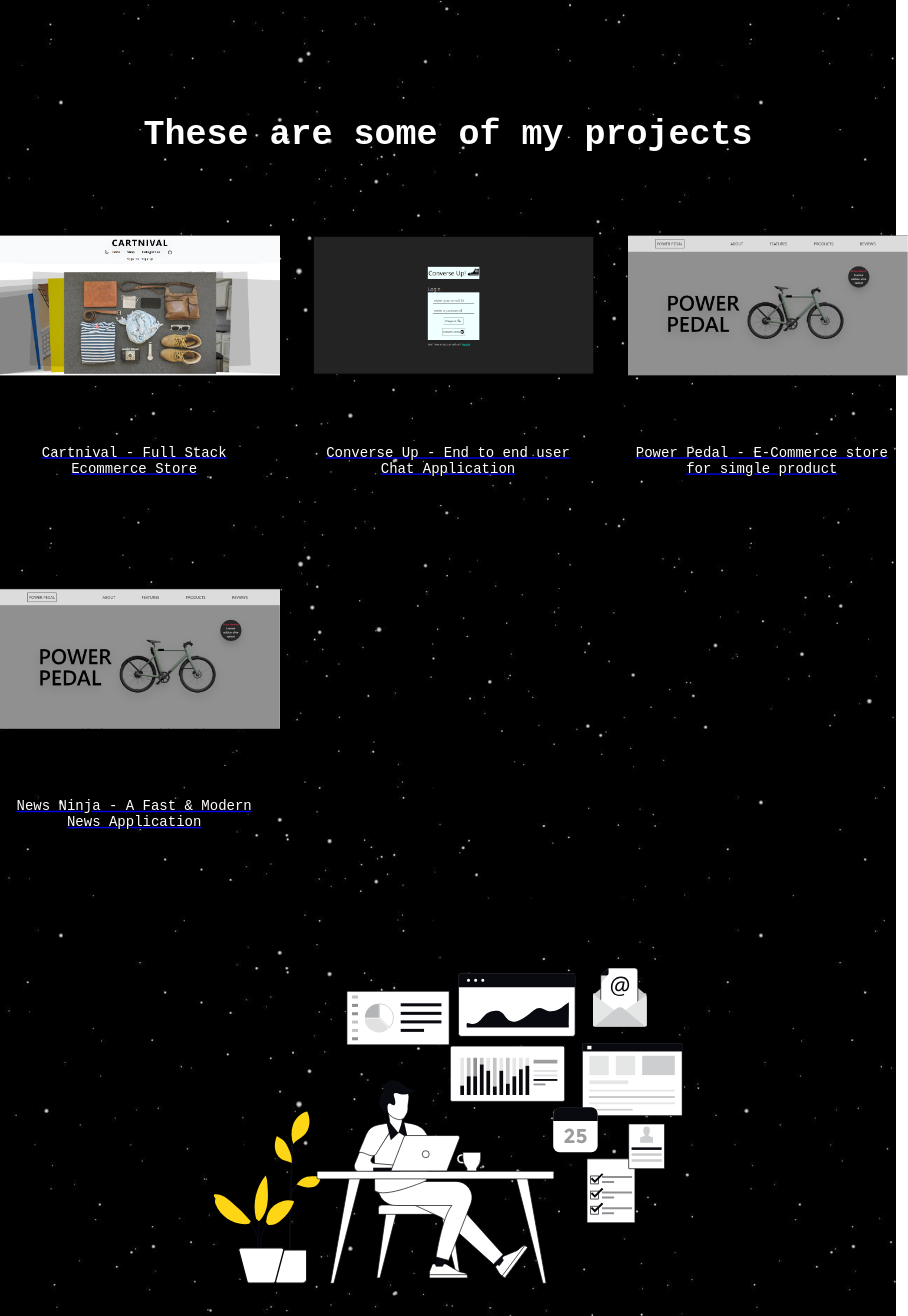
Repository: punitbathija/portfolio
Page: index.html
The author's editor kept a copy of each file at every save. The page is drawn from the files as they stood at one save, then again after the next save.
The browser window is 1280 px wide. The page is 1297 px wide, so the pictures cover 1297 px, including what lies to the right of the window. The pictures show the part of the page from y = 626 to 2506 px (the page is 3209 px tall), at 70% of full size.
Some web libraries are served in a nearby version.

Above is the page before, as saved 2023-05-09 17:52:31.

### index.html
<!DOCTYPE html>
<html lang="en">
<head>
    <meta charset="UTF-8">
    <meta http-equiv="X-UA-Compatible" content="IE=edge">
    <meta name="viewport" content="width=device-width, initial-scale=1.0">
    <title>Portfolio</title>
    <link rel="stylesheet" href="style.css">
    <link rel="stylesheet" href="https://use.fontawesome.com/releases/v5.8.2/css/all.css" integrity="sha384-oS3vJWv+0UjzBfQzYUhtDYW+Pj2yciDJxpsK1OYPAYjqT085Qq/1cq5FLXAZQ7Ay" crossorigin="anonymous">
    <link href="https://fonts.googleapis.com/css?family=Poppins:200i,300,400&amp;display=swap" rel="stylesheet">
</head>
<body>

<nav id="navbar">
        <ul id="navul">
            <li>
                <a href="#welcome-section" >About</a>
            </li>
            <li>
                <a href="#projects">Projects</a>
            </li>
            <li>
                <a href="#contact">Connect</a>
            </li>
        </ul>
    </nav>
    <section id="welcome-section">
        <div class="divide">
        <img src="./assets/design.gif" alt=""  class="dev">
        <h1>Hi,<br>
            I'm <span class="p">P</span>unit</h1>
    </div>
        <div class="hero">
        <img src="./assets/reshot-icon-code-X9J28UENTL.svg" alt="" class="code">
        <p id="ab"> A front-end developer</p>
        </div>
        <p class="fact" id="fact">⚡Amazing Fact my first words were <span class="cyan">" <button class="tap" id="reveal"></span>Tap to reveal</button> "</p>
    </section>
    <section id="projects">
        <h2 id="projects-header">These are some of my projects</h2>
        <div id="project-grid">
            <a href="https://cartnival.netlify.app/" target="_blank" class="project-tile">
                <img class="project-image" src="./assets/cartnival.png" alt="project">
             <p class="project-title">
                Cartnival - Full Stack Ecommerce Store</p>
            </a>
            <a href="https://converseup.netlify.app/" target="_blank" class="project-tile">
                <img class="project-image" src="./assets/Coverse Uo.png" alt="project">
             <p class="project-title">
                Converse Up - End to end user Chat Application</p>
            </a>
            <a href="https://power-pedal.vercel.app/" target="_blank" class="project-tile">
                <img class="project-image" src="./assets/powerpedal.png" alt="project">
             <p class="project-title">
                Power Pedal - E-Commerce store for simgle product</p>
            </a>

            <a href="https://news-ninja.vercel.app/" target="_blank" class="project-tile">
                <img class="project-image" src="./assets/powerpedal.png" alt="project">
             <p class="project-title">
                News Ninja - A Fast & Modern News Application</p>
            </a>

       </div>
    </section>
<div class="animation">
<img src="./assets/hero.svg" alt="">
</div>
<section id="contact" class="contact-section">
    <h1 id="con">Let's Work together...</h1>
    <p id="tagl">how do you take your coffee?</p>
    <img src="./assets/reshot-icon-plastic-coffee-cup-FBSWJ874DV.svg" alt="coffee" class="coffee">
    <div class="contact-link">
        <a href="https://github.com/punitbathija" target="_blank" class="btn-con-dtl" id="profile-link">
            <i class="fab fa-github"></i>
             GitHub
        </a>
        <a href="https://twitter.com/PunitBathija?t=qo0yAGF4x_bwsNcVdkM-gg&s=08" target="_blank" class="btn-con-dtl" id="profile-link">
            <i class="fab fa-twitter-square"></i>
             Twitter
        </a>
        <a href="https://twitter.com/PunitBathija?t=qo0yAGF4x_bwsNcVdkM-gg&s=08" target="_blank" class="btn-con-dtl" id="profile-link">
            <i class="fa-brands fa-linkedin-in"></i>
            Linked In
        </a>
        <a href="https://www.facebook.com/punit.bathija.1" target="_blank" class="btn-con-dtl" id="profile-link">
            <i class="fab fa-facebook-square"></i>
             Facebook
        </a>
        <a href="mailto: punitbathija@gmail.com" target="_blank" class="btn-con-dtl" id="profile-link">
            <i class="fas fa-at"></i>
             Send an email
        </a>
        <a href="tel: +91 8080110389" target="_blank" class="btn-con-dtl" id="profile-link">
            <i class="fas fa-mobile-alt"></i>
             Call us at
        </a>
    </div>
</section>
<script src="./index.js"></script>
</body>
</html>

### style.css
*{
    font-family: monospace;
}
body{
    margin: 0;
    padding: 0;
}#navbar
{

    display: flex;
    justify-content: flex-end;
    padding: 10px;
    position: fixed;
    height: 60px;
    top: 0;
    left: 0;
    width: 100%;
    background-color:#00af9c;
}
#navul
{
    display: flex;
}
li
{
    display: block;
    font-size: 26px;
    padding: 12px;
}
#navul a
{
    color: white;
    font-family: monospace;
    font-weight: bolder;
    text-decoration: none;
    font-size: 22px;
}

#navul a:hover
{
    color: white;
    font-family: monospace;
    font-weight: bolder;
    font-size: 22px;
    text-decoration: underline;
}

#welcome-section
{
    background-image: url(./assets/bg.jpg);
    display: flex;
    flex-direction: column;
    justify-content: center;
    align-items: center;
    width: 100%;
    height: 100vh;
}

.divide{
    display: flex;
    gap: 50px;
}

.hero{
    display: flex;
    justify-content: space-around;
    gap: 50px;
}
h1
{
    font-family: monospace;
    font-size: 85px;
    color: white;
    cursor:default;
}
h1:hover{
    text-decoration: underline;
    color: #00af9c;
}

.p{
    color: #00af9c;
}

.p:hover{
    color: white;
}
#ab
{

    font-family: monospace;
    font-size: 35px;
    color: #00af9c;
    cursor:default;
}

#ab:hover{
    text-decoration: underline;
    color: white;
}

#projects
{
    background-image: url(./assets/bg.jpg);
    display: flex;
    flex-direction: column;
    justify-content: center;
    align-items: center;
}
#projects-header
{
    font-family: monospace;
    font-size: 50px;
    color: white;
    margin-top: 70px;
    margin-bottom: 40px;
    text-decoration: none;
    list-style: none;
}
#project-grid
{
    display: grid;
    grid-template-columns: repeat(auto-fit, minmax(320px, 1fr));
    grid-gap: 5rem;
    width: 100%;
    max-width: 1280px;
    margin: 0 auto;
    margin-bottom: 6rem;
  }

.project-image

  {
    height: 350px;
    width: 400px;
    object-fit: contain;
    background: var(--main-blue);
    border-radius: 15px;
  }


.project-title
{
    font-family: monospace;
    color: white;
    font-size: 20px;
    text-align: center;
}
#contact
{
        display: flex;
        flex-direction: column;
        justify-content: center;
        align-items: center;
        text-align: center;
        width: 100%;
        height: 90vh;
    background-color: #090e11;

}
#con
{
    font-family: monospace;
    font-size: 55px;
    color: white;
}
#tagl
{
    font-family: monospace;
    font-size: 35px;
    color: #00af9c;

}
i
{
    font-size: large;
    color:white;
    padding: 25px;
}
#profile-link
{
    color:white;
    font-family: monospace;
    font-weight: bolder;
    font-size: 16px;
}

.code{
    width: 100px;

}

.coffee{
    height: 150px;
    width: 150px;
}

.animation{
    height: 90vh;
    background-image: url(./assets/bg.jpg);
    display: flex;
    justify-content: center;
    align-items: center;
    margin: auto;
}

.dev{
    width: 300px;
}

@media screen and (max-width:415px){
    .navulcd{
        display: flex;
        flex-direction: column;
    }
}
.fact{
    color: white;
    font-size: 25px;
    font-weight: bold;
    background-color: #090e11;
}

.cyan{
    color: #00af9c;
}

.tap{
    background-color: transparent;
    color:#00af9c;
    border: 1px solid white;
    font-size: 25px;
    background-color: #090e11;
}

### index.js
let reveal = document.getElementById("reveal");

reveal.addEventListener("click", function populateFact() {
  reveal.innerHTML = "Hello World";
  setInterval(() => {
    reveal.innerHTML = "Tap to reveal";
  }, 5000);
});

After the next save:
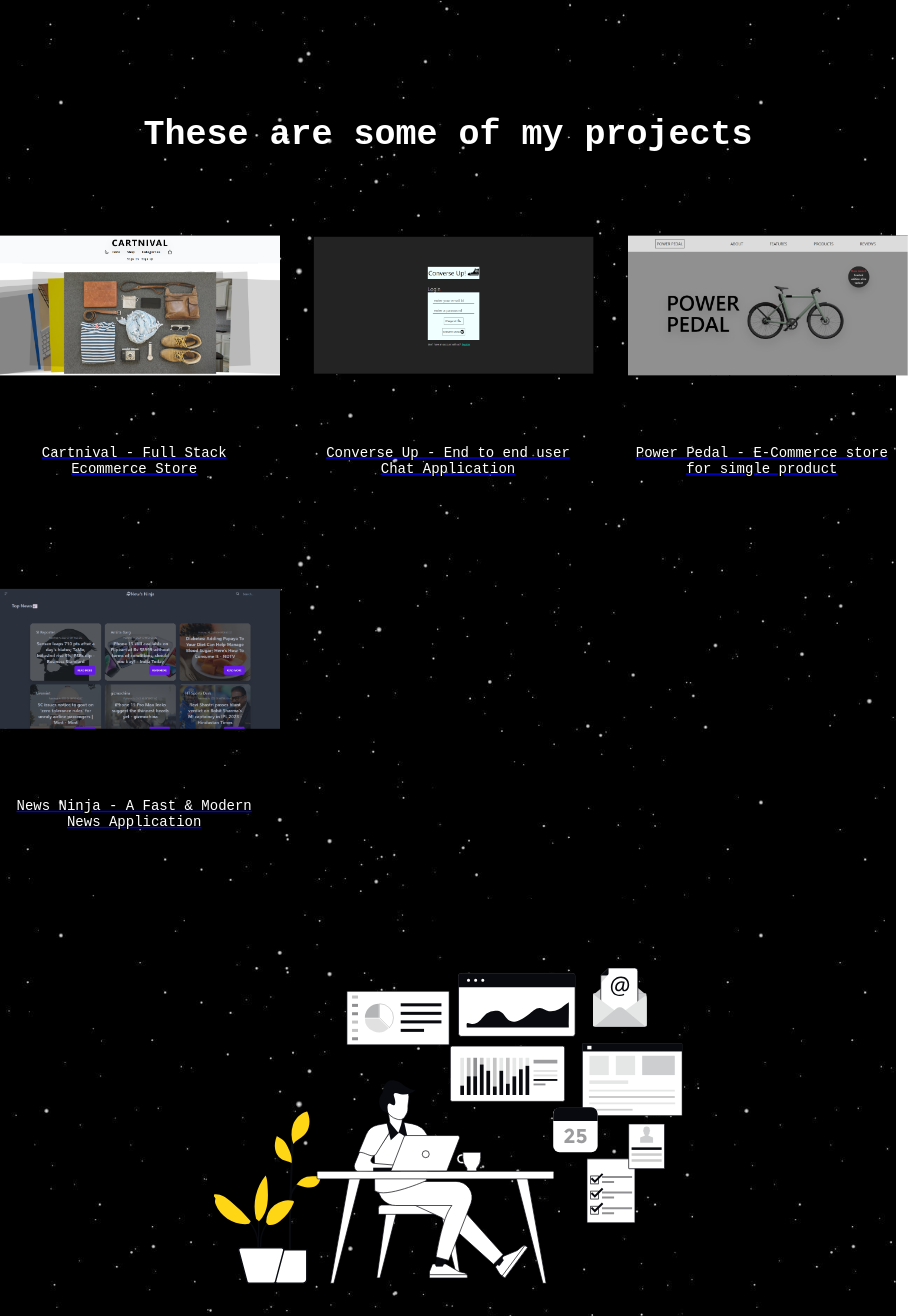
Saved 70 s later.
--- a/index.html
+++ b/index.html
@@ -56,7 +56,7 @@
             </a>
 
             <a href="https://news-ninja.vercel.app/" target="_blank" class="project-tile">
-                <img class="project-image" src="./assets/powerpedal.png" alt="project">
+                <img class="project-image" src="./assets/newsninja'.png" alt="project">
              <p class="project-title">
                 News Ninja - A Fast & Modern News Application</p>
             </a>
